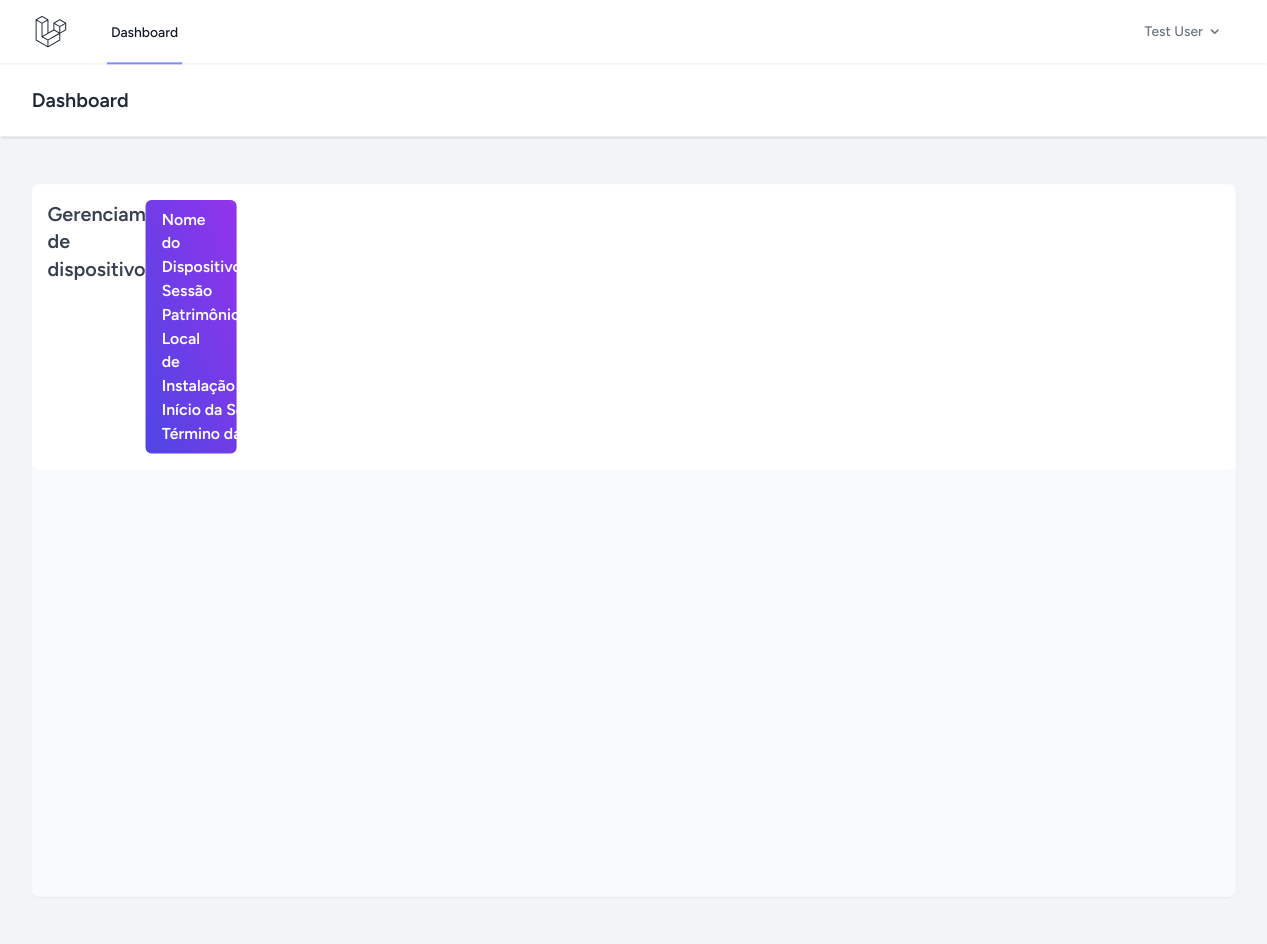
Repository: CrisMorgantee/device-logs
Page: http://localhost/dashboard
The author's editor kept a copy of each file at every save. The page is drawn from the files as they stood at one save, then again after the next save.
The browser window is 1280 px wide. The pictures show the whole page, at 99% of full size.
The page is served by the project's Laravel application, run on PHP 8.4 with Laravel 10. A made-up administrator, Test User (test@example.com), is signed in. Style sheets and scripts are compiled from the project's sources, by tool versions that may differ from the author's. Queries for data that is not in the repository find no rows.

Above is the page before, as saved 2023-04-14 22:41:59.

After the next save:
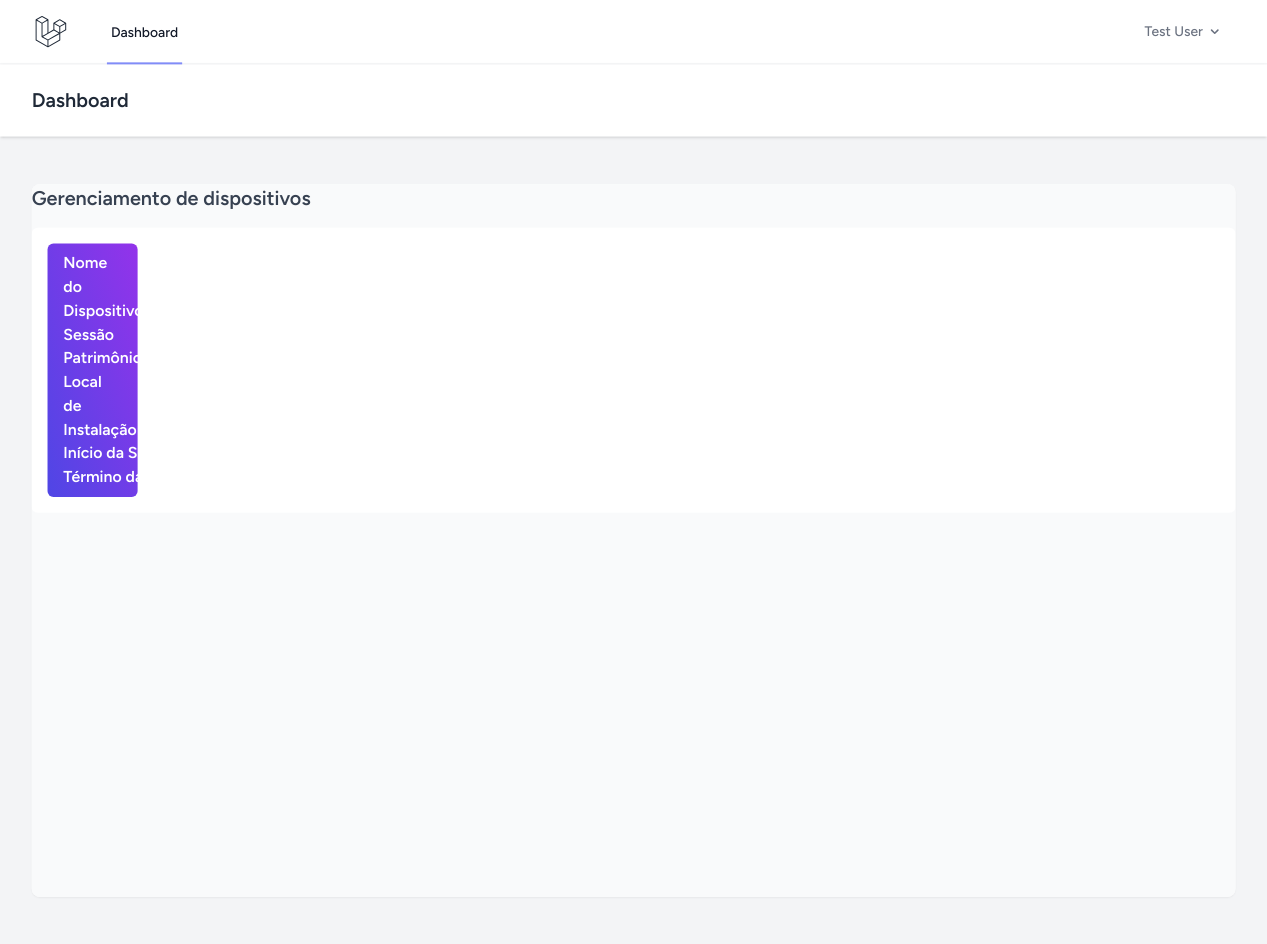
Saved 13 s later.
--- a/resources/views/dashboard.blade.php
+++ b/resources/views/dashboard.blade.php
@@ -9,8 +9,8 @@
     <div class="max-w-8xl mx-auto sm:px-6 lg:px-8">
       <div class="overflow-hidden bg-white shadow-sm sm:rounded-lg">
         <div class="min-h-screen bg-gray-50">
+          <h2 class="mb-4 text-xl font-bold text-gray-700">Gerenciamento de dispositivos</h2>
           <div class="grid grid-cols-12 gap-2 rounded-md bg-white p-4">
-            <h2 class="mb-4 text-xl font-bold text-gray-700">Gerenciamento de dispositivos</h2>
 
             <div
               class="text-md rounded-md bg-gradient-to-tr from-indigo-600 to-purple-600 py-2 px-4 font-bold text-white">
